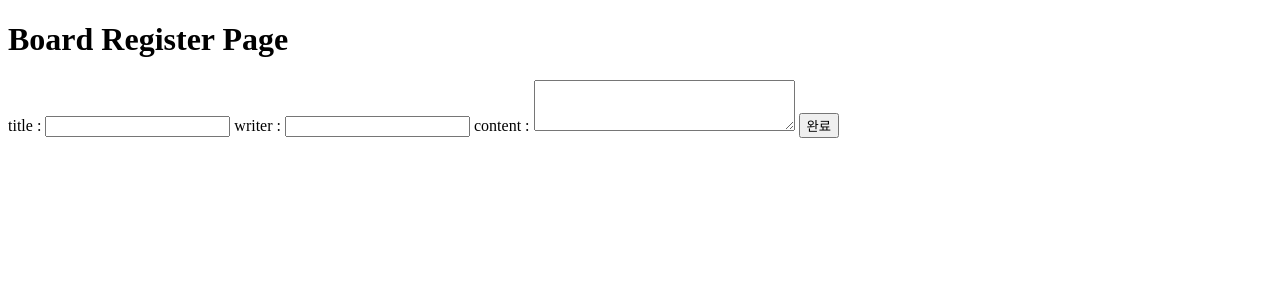
Repository: kurunai/jsp3
Page: http://localhost/jsp_project/brd/register
The author's editor kept a copy of each file at every save. The page is drawn from the files as they stood at one save, then again after the next save.
The browser window is 1280 px wide. The pictures show the whole page.
The page is served by Tomcat 9.

Above is the page before, as saved 2022-08-25 07:58:24.

After the next save:
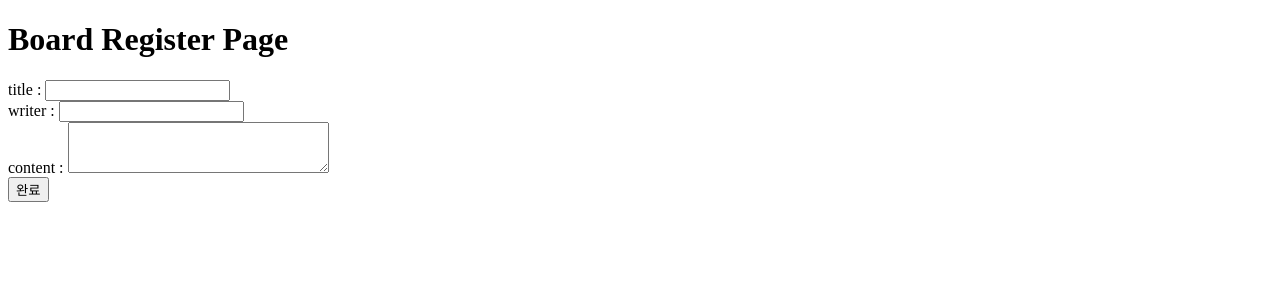
Saved 64 s later.
--- a/_jsp2_workspace/jsp_project/src/main/webapp/board/register.jsp
+++ b/_jsp2_workspace/jsp_project/src/main/webapp/board/register.jsp
@@ -9,9 +9,9 @@
 <body>
 	<h1>Board Register Page</h1>
 	<form action="/brd/insert" method="post">
-		title : <input type="text" name="title">
-		writer : <input type="text" name="writer">
-		content : <textarea rows="3" cols="30" name="content"></textarea>
+		title : <input type="text" name="title"><br>
+		writer : <input type="text" name="writer"><br>
+		content : <textarea rows="3" cols="30" name="content"></textarea><br>
 		<button type="submit">완료</button>
 	</form>
 </body>
